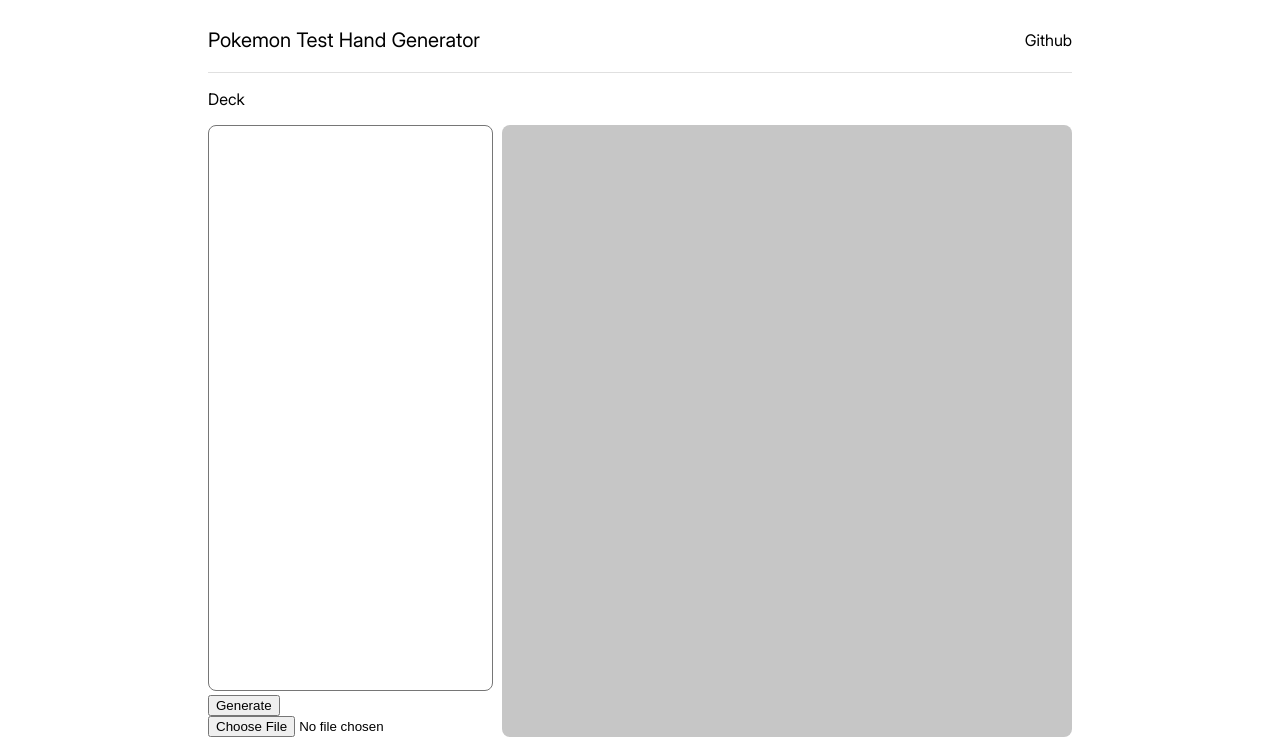
Repository: danielj1415/test-hand-simulator
Page: /
The author's editor kept a copy of each file at every save. The page is drawn from the files as they stood at one save, then again after the next save.
The browser window is 1280 px wide. The pictures show the whole page.
The project was rebuilt for these pictures with package versions that can differ from the ones it lists, and the page was loaded fresh each time. Also part of the build but not shown: vite.config.ts, src/index.css.

Above is the page before, as saved 2024-10-31 17:32:09.

After the next save:
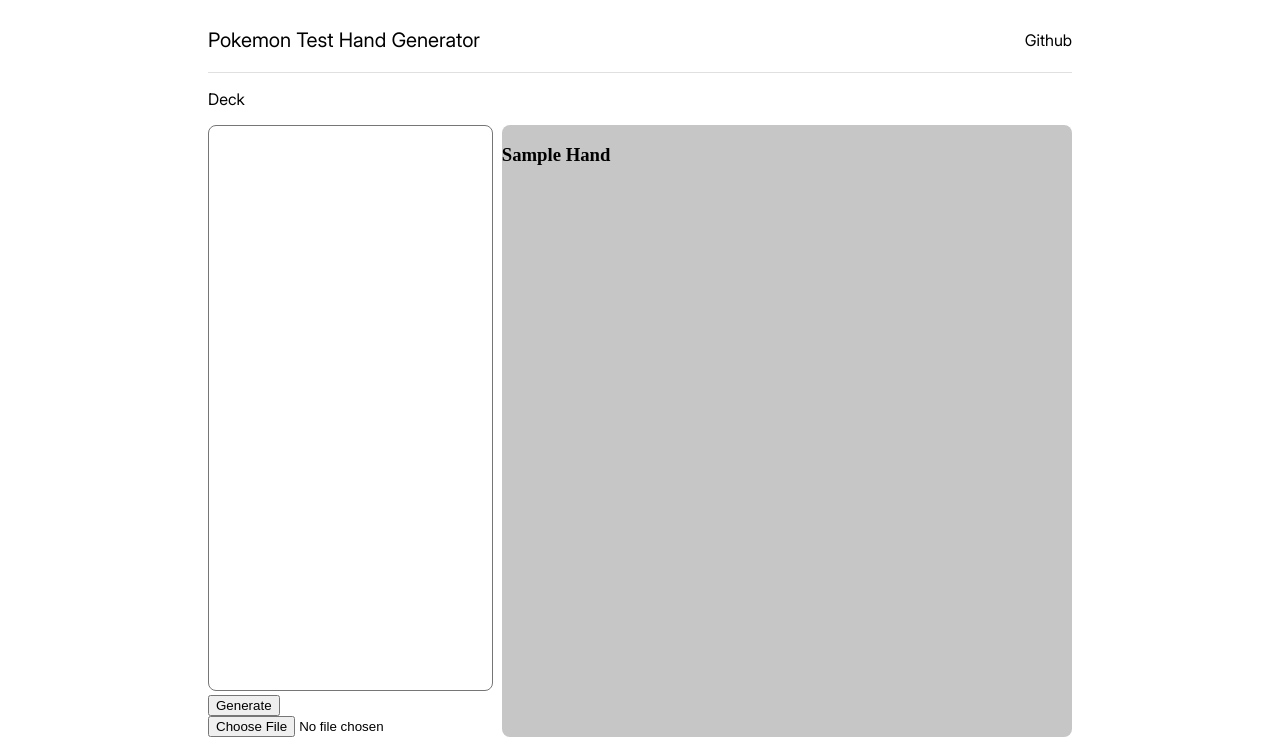
Saved 25 s later.
--- a/src/App.tsx
+++ b/src/App.tsx
@@ -87,6 +87,12 @@
             </div>
           </div>
           <div className = "testHands">
+            <h3>Sample Hand</h3>
+            <ul>
+              {sampleHand.map((card, index) => (
+                <li key={index}>{card}</li>
+              ))}
+            </ul>
           </div>
         </div>
       </div>
